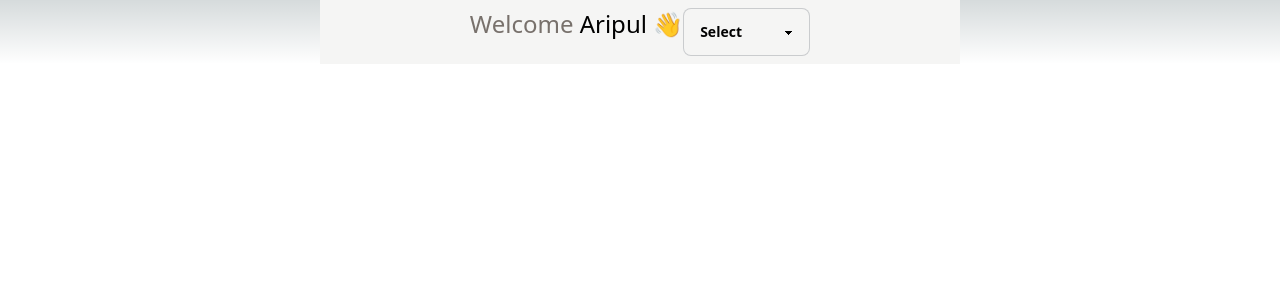
Repository: mehedi9465/nextapp
Page: /Dashboard
The author's editor kept a copy of each file at every save. The page is drawn from the files as they stood at one save, then again after a run of saves.
The browser window is 1280 px wide. The pictures show the whole page.
The project was rebuilt for these pictures with package versions that can differ from the ones it lists, and the page was loaded fresh each time. The framework's server and built-in components were replaced by stand-ins that run in the browser. Also part of the build but not shown: next.config.js, Components/Navbar.js.

Above is the page before, as saved 2023-03-04 15:04:23.

### pages/Dashboard/index.js
import Navbar from "@/Components/Navbar";
import Link from "next/link";
import React from "react";

const index = () => {
  return (
    <>
      {/* <Navbar></Navbar> */}

      <div className="max-w-screen-sm mx-auto bg-stone-100 text-black">
        <div className="flex justify-center py-2">
          <p className="text-2xl">
            <span className="text-stone-500">Welcome</span> Aripul 👋
          </p>
          <select className="select select-bordered max-w-xs bg-stone-100 outline-0">
            <option disabled selected>
              Select
            </option>
            <option>Today</option>
            <option>Yesterday</option>
          </select>
        </div>
        <div></div>
        <div></div>
      </div>
    </>
  );
};

export default index;

Loaded but not shown: pages/_app.js (common file); pages/_document.js (common file); styles/globals.css (common file); tailwind.config.js (common file)

After the next 5 saves:
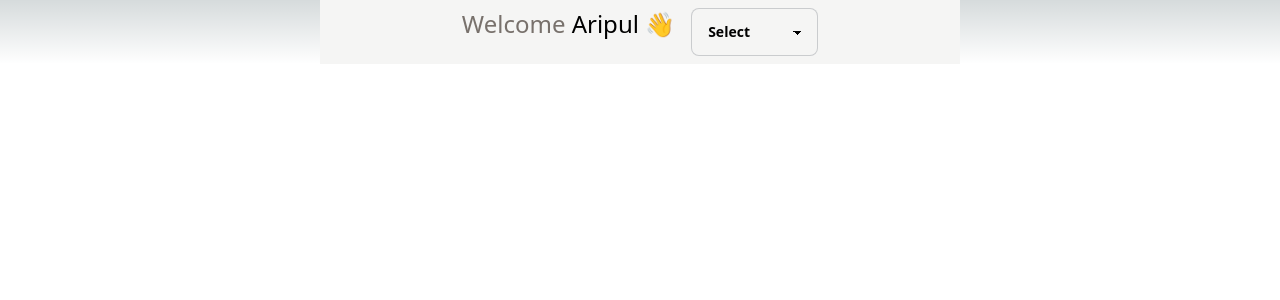
The 5 saves are shown as one change because they came seconds apart.
The last was saved 18 s later.
--- a/pages/Dashboard/index.js
+++ b/pages/Dashboard/index.js
@@ -9,10 +9,10 @@ const index = () => {
 
       <div className="max-w-screen-sm mx-auto bg-stone-100 text-black">
         <div className="flex justify-center py-2">
-          <p className="text-2xl">
+          <p className="text-2xl mx-2">
             <span className="text-stone-500">Welcome</span> Aripul 👋
           </p>
-          <select className="select select-bordered max-w-xs bg-stone-100 outline-0">
+          <select className="select select-bordered max-w-xs bg-stone-100 outline-0 mx-2">
             <option disabled selected>
               Select
             </option>
